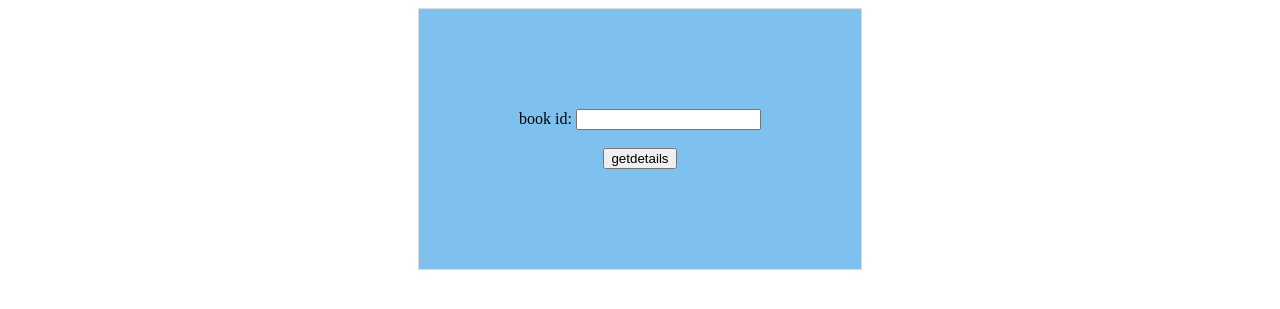
Repository: Saikumar6901/DBSTrainingModules
Page: http://localhost/Bookmanagement/updatefile.jsp
An editor plug-in stored every save of this project. The page is shown before and after the next save, followed by the edit.
The browser window is 1280 px wide. The pictures show the whole page.
The page is served by Tomcat 9.

Above is the page before, as saved 2019-08-12 15:17:56.

After the next save:
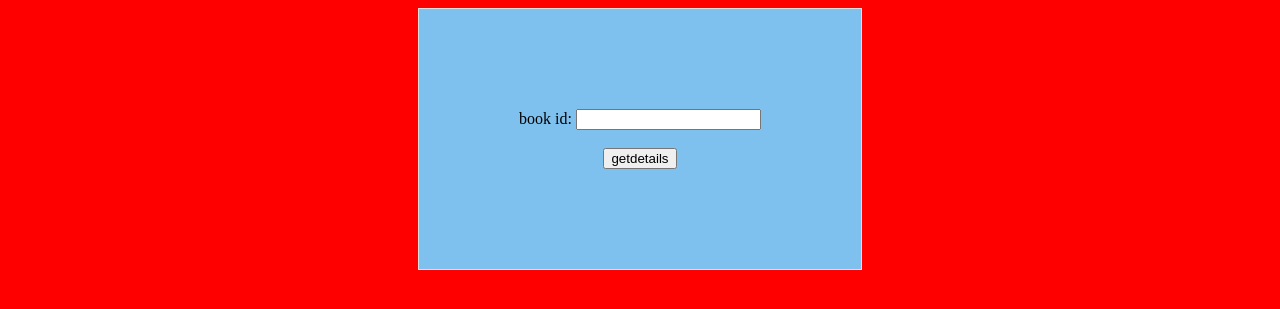
Saved 20 s later.
--- a/eclipse/Bookmanagement/WebContent/updatefile.jsp
+++ b/eclipse/Bookmanagement/WebContent/updatefile.jsp
@@ -6,7 +6,8 @@
 <meta charset="ISO-8859-1">
 <title>Insert title here</title>
 <style>
-body { text-align: center; }
+body { text-align: center;
+background-color:#ff0000;}
 .updateform{
   border: 1px solid #dddddd;
   text-align: left;
